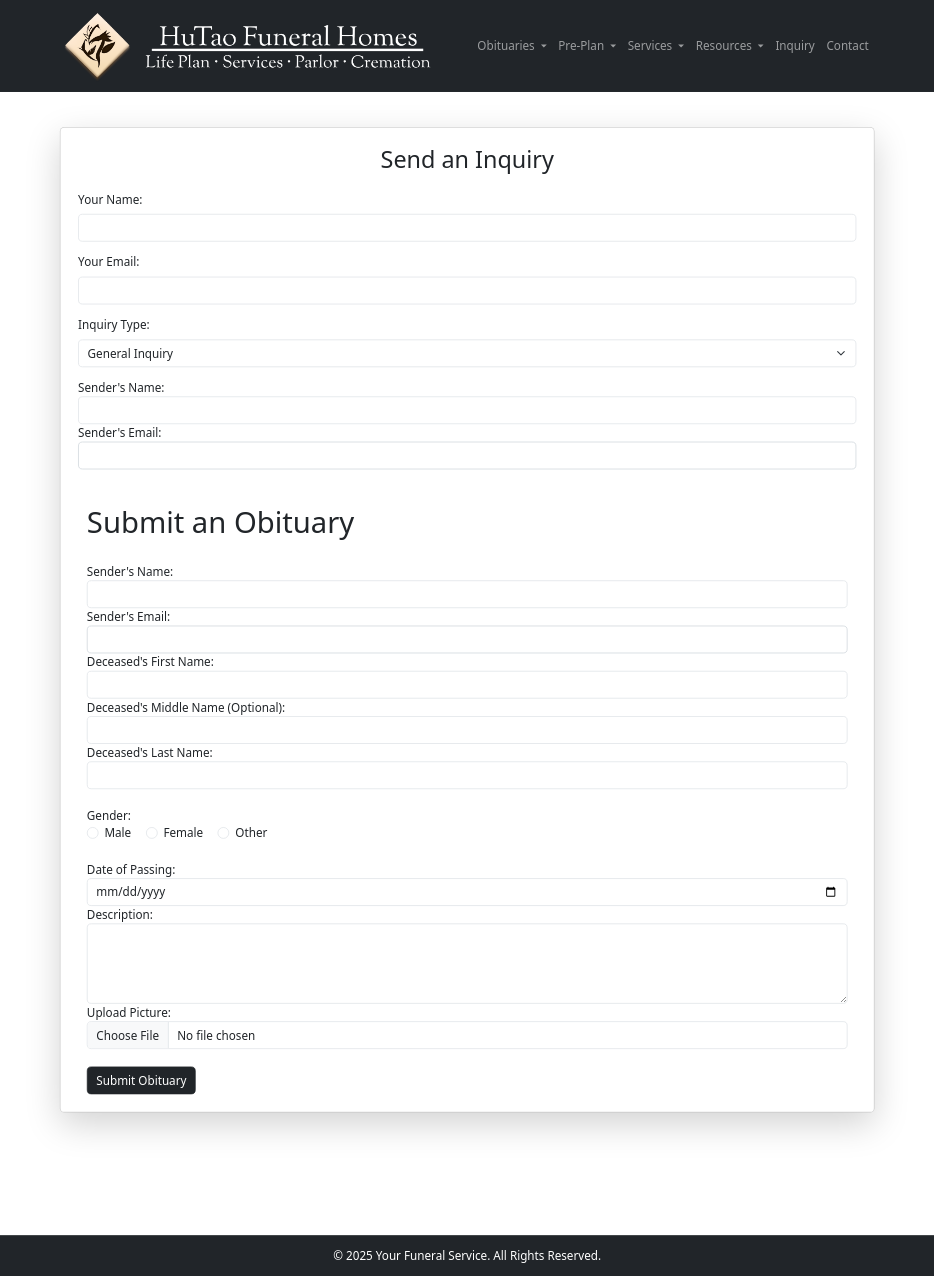
Repository: Jamil-cyber-hash/INSANITY
Page: http://localhost/inquiry.php
The author's editor kept a copy of each file at every save. The page is drawn from the files as they stood at one save, then again after the next save.
The browser window is 1280 px wide. The pictures show the whole page, at 73% of full size.
The page is run by PHP 8.4 with error messages shown; the project is at /var/www/html/.

Above is the page before, as saved 2025-03-23 22:24:02.

### inquiry.php
<!DOCTYPE html>
<html lang="en">
<head>
    <meta charset="UTF-8">
    <meta name="viewport" content="width=device-width, initial-scale=1.0">
    <title>Inquiry Form</title>
    <link href="https://cdn.jsdelivr.net/npm/bootstrap@5.3.3/dist/css/bootstrap.min.css" rel="stylesheet" integrity="sha384-QWTKZyjpPEjISv5WaRU9OFeRpok6YctnYmDr5pNlyT2bRjXh0JMhjY6hW+ALEwIH" crossorigin="anonymous">
    <script src="https://cdn.jsdelivr.net/npm/bootstrap@5.3.3/dist/js/bootstrap.bundle.min.js" integrity="sha384-YvpcrYf0tY3lHB60NNkmXc5s9fDVZLESaAA55NDzOxhy9GkcIdslK1eN7N6jIeHz" crossorigin="anonymous"></script>
    <script>
        function toggleObituaryFields() {
            let inquiryType = document.getElementById("inquiry_type").value;
            let obituaryFields = document.getElementById("obituary_fields");

            if (inquiryType === "Obituary") {
                obituaryFields.style.display = "block";
            } else {
                obituaryFields.style.display = "none";
            }
        }
    </script>

</head>
<body>

<?php include 'header.php'; ?>
    <div class="container mt-5">
        <div class="card shadow-lg p-4">
            <h2 class="text-center mb-4">Send an Inquiry</h2>
            <form action="submit_inquiry.php" method="POST">
                <div class="mb-3">
                    <label for="name" class="form-label">Your Name:</label>
                    <input type="text" id="name" name="name" class="form-control" required>
                </div>

                <div class="mb-3">
                    <label for="email" class="form-label">Your Email:</label>
                    <input type="email" id="email" name="email" class="form-control" required>
                </div>

                <div class="mb-3">
                    <label for="inquiry_type" class="form-label">Inquiry Type:</label>
                    <select id="inquiry_type" name="inquiry_type" class="form-select" required onchange="toggleObituaryFields()">
                        <option value="General">General Inquiry</option>
                        <option value="Obituary">Obituary Submission</option>
                    </select>
                </div>

                <!-- Obituary Fields (Initially Hidden) -->
                <form action="submit_form.php" method="POST" enctype="multipart/form-data">
        <!-- Sender's Info -->
        <div class="form-group">
            <label for="sender_name">Sender's Name:</label>
            <input type="text" class="form-control" id="sender_name" name="sender_name" required />
        </div>
        <div class="form-group">
            <label for="sender_email">Sender's Email:</label>
            <input type="email" class="form-control" id="sender_email" name="sender_email" required />
        </div>

        <script>
document.getElementById('sender_email').addEventListener('input', function() {
    const email = this.value;
    const emailPattern = /^[a-zA-Z0-9._%+-]+@[a-zA-Z0-9.-]+\.[a-zA-Z]{2,}$/;
    const emailError = document.getElementById('email-error');

    if (emailPattern.test(email)) {
        emailError.style.display = 'none';
        this.classList.remove('invalid');
        this.classList.add('valid');
    } else {
        emailError.style.display = 'block';
        this.classList.remove('valid');
        this.classList.add('invalid');
    }
});
</script>

        <!-- Deceased's Info -->
        <div class="container mt-5" id="ObituaryFields">
    <div class="section-title"><h1>Submit an Obituary</h1></div>
    <br>
    <form action="submit_form.php" method="POST" enctype="multipart/form-data">
        <!-- Sender's Info -->
        <div class="form-group">
            <label for="sender_name">Sender's Name:</label>
            <input type="text" class="form-control" id="sender_name" name="sender_name" required />
        </div>
        <div class="form-group">
            <label for="sender_email">Sender's Email:</label>
            <input type="email" class="form-control" id="sender_email" name="sender_email" required />
        </div>

        <script>
document.getElementById('sender_email').addEventListener('input', function() {
    const email = this.value;
    const emailPattern = /^[a-zA-Z0-9._%+-]+@[a-zA-Z0-9.-]+\.[a-zA-Z]{2,}$/;
    const emailError = document.getElementById('email-error');

    if (emailPattern.test(email)) {
        emailError.style.display = 'none';
        this.classList.remove('invalid');
        this.classList.add('valid');
    } else {
        emailError.style.display = 'block';
        this.classList.remove('valid');
        this.classList.add('invalid');
    }
});
</script>

        <!-- Deceased's Info -->
        <div class="form-group">
            <label for="deceased_first_name">Deceased's First Name:</label>
            <input type="text" class="form-control" id="deceased_first_name" name="deceased_first_name" required />
        </div>
        <div class="form-group">
            <label for="deceased_middle_name">Deceased's Middle Name (Optional):</label>
            <input type="text" class="form-control" id="deceased_middle_name" name="deceased_middle_name" />
        </div>
        <div class="form-group">
            <label for="deceased_last_name">Deceased's Last Name:</label>
            <input type="text" class="form-control" id="deceased_last_name" name="deceased_last_name" required />
        </div>
<br>
        <!-- Gender -->
        <div class="form-group">
            <label>Gender:</label><br>
            <div class="form-check form-check-inline">
                <input class="form-check-input" type="radio" name="gender" id="male" value="Male" required />
                <label class="form-check-label" for="male">Male</label>
            </div>
            <div class="form-check form-check-inline">
                <input class="form-check-input" type="radio" name="gender" id="female" value="Female" />
                <label class="form-check-label" for="female">Female</label>
            </div>
            <div class="form-check form-check-inline">
                <input class="form-check-input" type="radio" name="gender" id="other" value="Other" />
                <label class="form-check-label" for="other">Other</label>
            </div>
        </div>
<br>
        <div class="form-group">
            <label for="date_of_passing">Date of Passing:</label>
            <input type="date" class="form-control" id="date_of_passing" name="date_of_passing" required />
        </div>
        <div class="form-group">
            <label for="description">Description:</label>
            <textarea class="form-control" id="description" name="description" rows="4" required></textarea>
        </div>
        <div class="form-group">
            <label for="image">Upload Picture:</label>
            <input type="file" class="form-control" id="image" name="image" accept="image/*" required />
        </div>
        <br>
        <button type="submit" class="btn btn-dark">Submit Obituary</button>
    </form>
</div>

        </div>
    </div>

    <script src="https://cdn.jsdelivr.net/npm/bootstrap@5.3.0/dist/js/bootstrap.bundle.min.js"></script>
<br>
<br>
<br>
<br>
<br>
<br>
<br>
    <?php include 'footer.php'; ?>
</body>
</html>

### header.php
<!DOCTYPE html>
<html lang="en">
<head>
    <meta charset="UTF-8" />
    <meta name="viewport" content="width=device-width, initial-scale=1.0" />
    <title>Funeral Service</title>

    <link href="https://cdn.jsdelivr.net/npm/bootstrap@5.3.3/dist/css/bootstrap.min.css" rel="stylesheet" integrity="sha384-QWTKZyjpPEjISv5WaRU9OFeRpok6YctnYmDr5pNlyT2bRjXh0JMhjY6hW+ALEwIH" crossorigin="anonymous">
<script src="https://cdn.jsdelivr.net/npm/bootstrap@5.3.3/dist/js/bootstrap.bundle.min.js" integrity="sha384-YvpcrYf0tY3lHB60NNkmXc5s9fDVZLESaAA55NDzOxhy9GkcIdslK1eN7N6jIeHz" crossorigin="anonymous"></script>
<link rel="stylesheet" href="css/pang.css">
<link rel="stylesheet" href="css/form.css">

</head>
<body>

<!-- Header -->
<nav class="navbar navbar-expand-lg navbar-dark bg-dark">
    <div class="container">
        <a class="navbar-brand" href="PANG.php"><img src="imaages\logo.png" alt="" class="logo"><img src="imaages\logo2.png" alt="" class="logo2"></a>


         <button class="navbar-toggler" type="button" data-bs-toggle="collapse" data-bs-target="#navbarNav">
            <span class="navbar-toggler-icon"></span>
        </button>

        <div class="collapse navbar-collapse" id="navbarNav">
            <ul class="navbar-nav ms-auto">
                <!-- Obituaries Dropdown -->
                <li class="nav-item dropdown">
                    <a class="nav-link dropdown-toggle" href="#" id="obituariesDropdown" role="button" data-bs-toggle="dropdown" aria-expanded="false">
                        Obituaries
                    </a>
                    <ul class="dropdown-menu" aria-labelledby="obituariesDropdown">
                        <li><a class="dropdown-item" href="PANG.php#obituaries">Recent Obituaries</a></li>
                        <li><a class="dropdown-item" href="#search">Search Obituaries</a></li>

                    </ul>
                </li>

                <!-- Pre-Plan Dropdown -->
                <li class="nav-item dropdown">
                    <a class="nav-link dropdown-toggle" href="#" id="preplanDropdown" role="button" data-bs-toggle="dropdown" aria-expanded="false">
                        Pre-Plan
                    </a>
                    <ul class="dropdown-menu" aria-labelledby="preplanDropdown">
                        <li><a class="dropdown-item" href="pre-plan.php">Why Pre-Plan?</a></li>
                        <li><a class="dropdown-item" href="submit_preplan.php">Pre-Plan Options</a></li>
                    </ul>
                </li>

                <!-- Services Dropdown -->
                <li class="nav-item dropdown">
                    <a class="nav-link dropdown-toggle" href="services.php" id="servicesDropdown" role="button" data-bs-toggle="dropdown" aria-expanded="false">
                        Services
                    </a>
                    <ul class="dropdown-menu" aria-labelledby="servicesDropdown">
                        <li><a class="dropdown-item" href="burial_services.php">Burial Services</a></li>
                        <li><a class="dropdown-item" href="cremation.php">Cremation Services</a></li>
                        <li><a class="dropdown-item" href="memorial.php">Memorial Planning</a></li>
                    </ul>
                </li>

                <!-- Resources Dropdown -->
                <li class="nav-item dropdown">
                    <a class="nav-link dropdown-toggle" href="#" id="resourcesDropdown" role="button" data-bs-toggle="dropdown" aria-expanded="false">
                        Resources
                    </a>
                    <ul class="dropdown-menu" aria-labelledby="resourcesDropdown">
                        <li><a class="dropdown-item" href="grief_support.php">Grief Support</a></li>
                        <li><a class="dropdown-item" href="faq.php">FAQs</a></li>
                    </ul>
                </li>

                <!-- Inquiry Link -->
                <li class="nav-item">
                    <a class="nav-link" href="inquiry.php">Inquiry</a>
                </li>

                <!-- Contact Link -->
                <li class="nav-item">
                    <a class="nav-link" href="#contact">Contact</a>
                </li>
            </ul>
        </div>
    </div>
</nav>

### footer.php
<footer class="footer mt-auto py-3 bg-dark text-white text-center">
    <div class="container">
        <span>© 2025 Your Funeral Service. All Rights Reserved.</span>
    </div>
</footer>


</body>
</html>

### css/pang.css

.carousel-item img {
    width: 100%;
    height: 600px;
    object-fit: cover;
}
.logo{
    height: 100px;
    width: auto;
    object-fit: contain;

}
.logo2{
    height: 100px;
    width: auto;
    object-fit: contain;

}
.map1{
    align-items: center;
    justify-content: center;
    text-align: center;
}
.map2{
    align-items: center;
    justify-content: center;
    text-align: center;
}
.navbar-nav .dropdown .dropdown-menu {
    display: block;
    opacity: 0;
    visibility: hidden;
    transition: opacity 0.3s ease, transform 0.3s ease;
    transform: translateY(-10px);
}

.navbar-nav .dropdown:hover .dropdown-menu {
    opacity: 1;
    visibility: visible;
    transform: translateY(0);
}

### css/form.css
#sender_email {
    border: 1px solid #ced4da;
    transition: border-color 0.2s ease-in-out;
}

/* Red border when invalid */
#sender_email.invalid {
    border-color: #dc3545;
}

/* Optional: Green border when valid */
#sender_email.valid {
    border-color: #28a745;
}

After the next save:
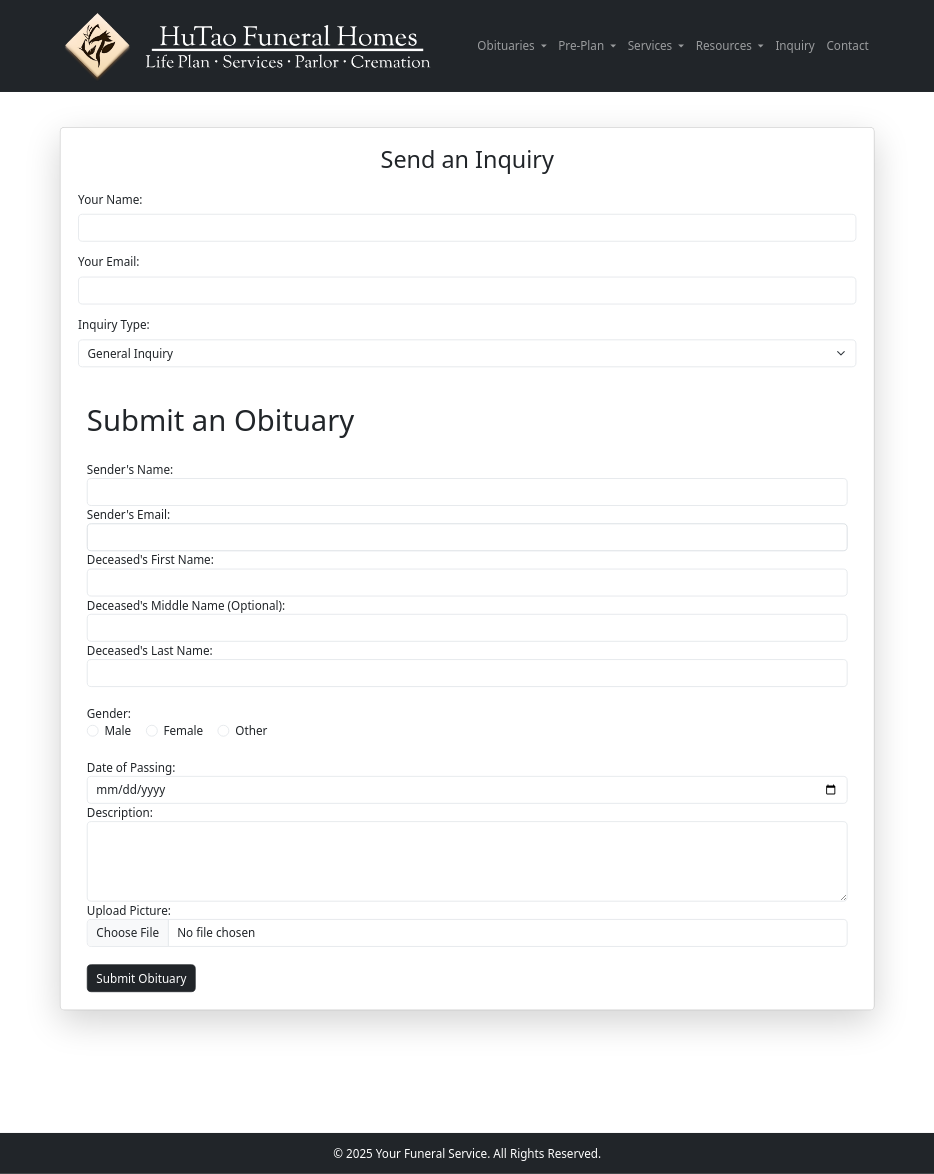
Console error: TypeError: Cannot read properties of null (reading 'addEventListener')
Saved 44 s later.
--- a/inquiry.php
+++ b/inquiry.php
@@ -47,15 +47,7 @@
 
                 <!-- Obituary Fields (Initially Hidden) -->
                 <form action="submit_form.php" method="POST" enctype="multipart/form-data">
-        <!-- Sender's Info -->
-        <div class="form-group">
-            <label for="sender_name">Sender's Name:</label>
-            <input type="text" class="form-control" id="sender_name" name="sender_name" required />
-        </div>
-        <div class="form-group">
-            <label for="sender_email">Sender's Email:</label>
-            <input type="email" class="form-control" id="sender_email" name="sender_email" required />
-        </div>
+
 
         <script>
 document.getElementById('sender_email').addEventListener('input', function() {

After the save that followed:
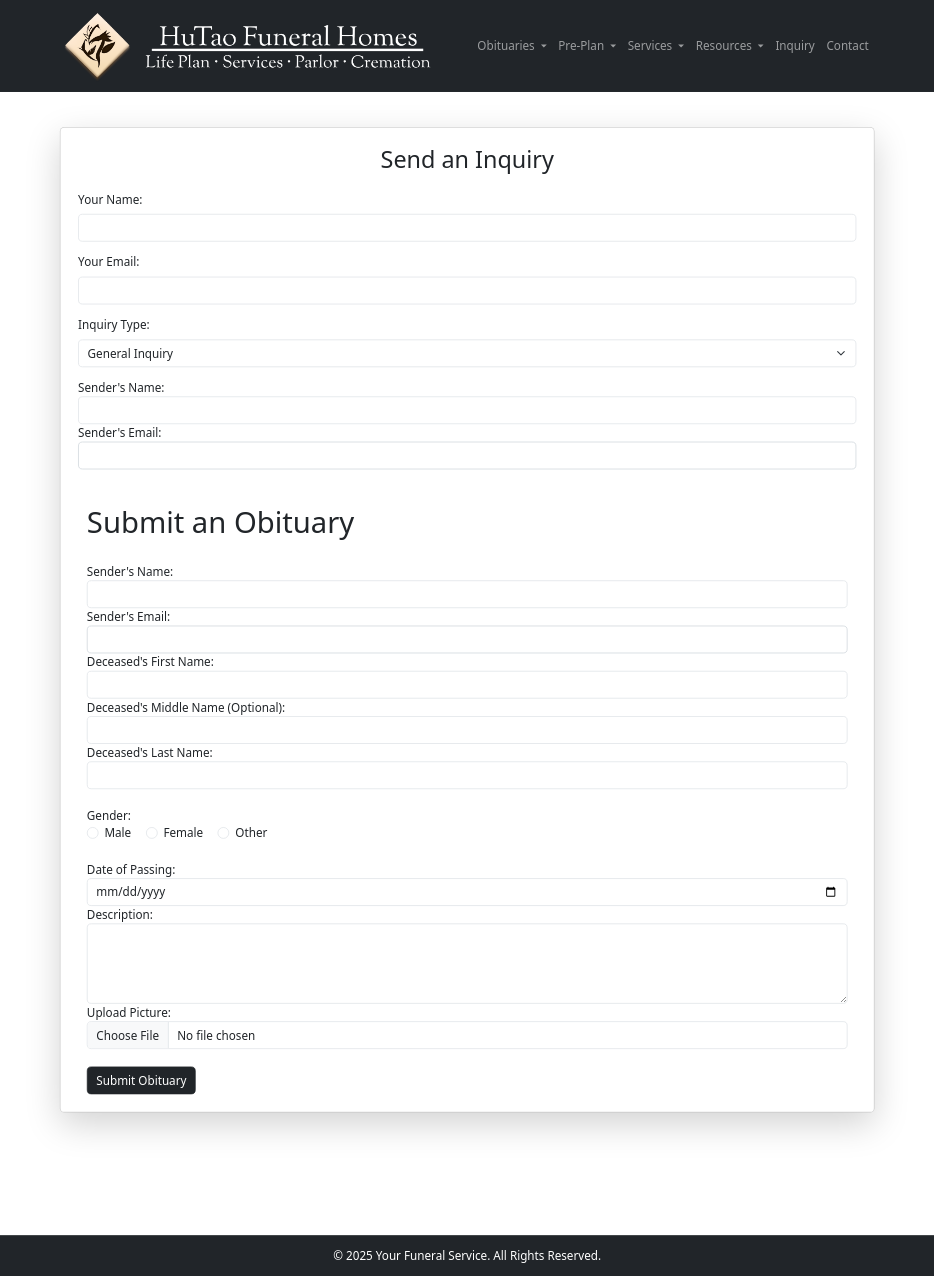
The error is gone.
Saved 51 s later.
--- a/inquiry.php
+++ b/inquiry.php
@@ -47,7 +47,15 @@
 
                 <!-- Obituary Fields (Initially Hidden) -->
                 <form action="submit_form.php" method="POST" enctype="multipart/form-data">
-
+        <!-- Sender's Info -->
+        <div class="form-group">
+            <label for="sender_name">Sender's Name:</label>
+            <input type="text" class="form-control" id="sender_name" name="sender_name" required />
+        </div>
+        <div class="form-group">
+            <label for="sender_email">Sender's Email:</label>
+            <input type="email" class="form-control" id="sender_email" name="sender_email" required />
+        </div>
 
         <script>
 document.getElementById('sender_email').addEventListener('input', function() {
@@ -68,7 +76,7 @@
 </script>
 
         <!-- Deceased's Info -->
-        <div class="container mt-5" id="ObituaryFields">
+        <div class="container mt-5" id="obituary_fields">
     <div class="section-title"><h1>Submit an Obituary</h1></div>
     <br>
     <form action="submit_form.php" method="POST" enctype="multipart/form-data">
